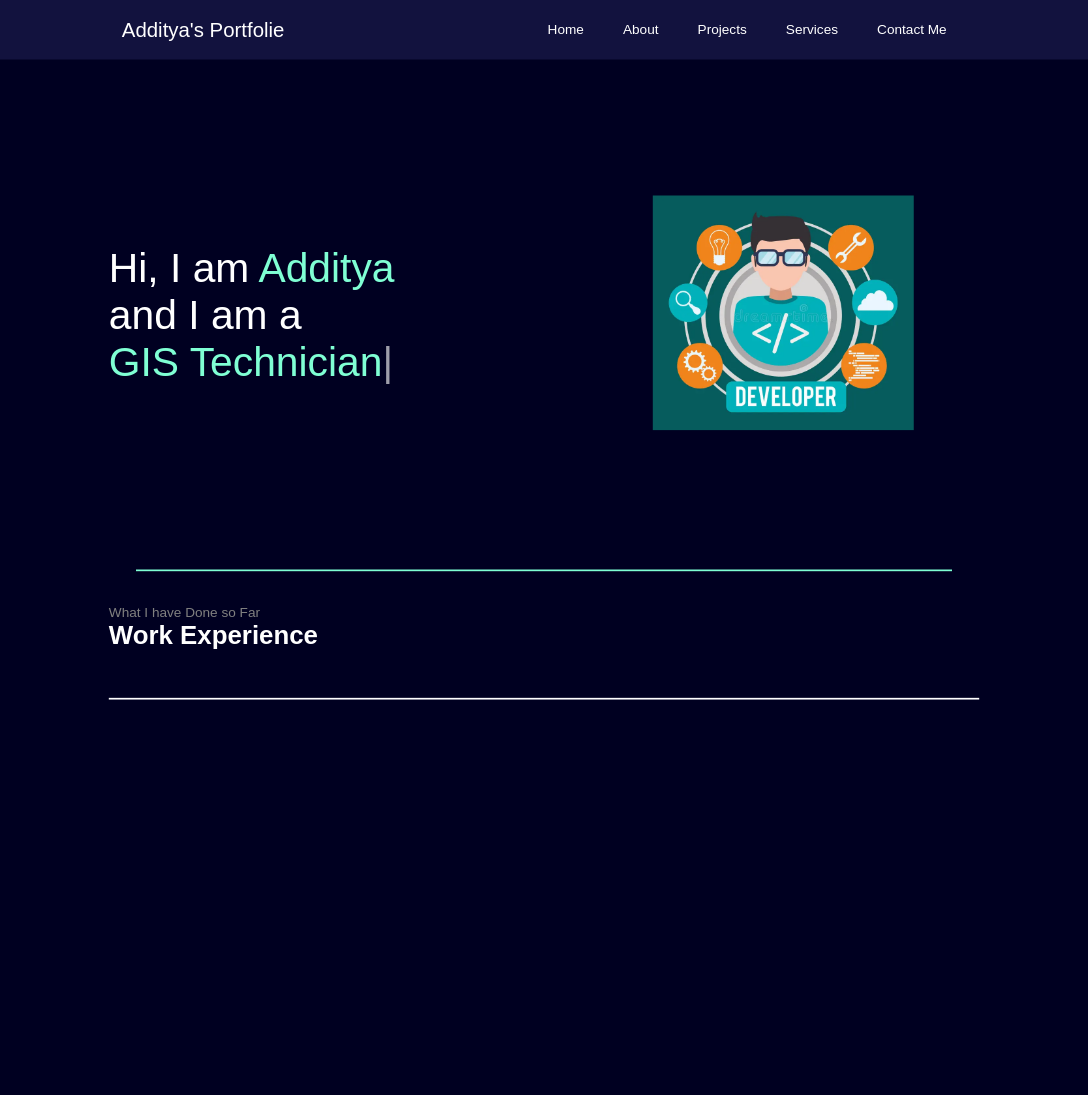
Repository: VictoriousMango/Portfolio
Page: index.html
These files come from the project's save history. The page is drawn as it stood at one moment and after the next save; the edit follows.
The browser window is 1280 px wide. The pictures show the whole page, at 85% of full size.

Above is the page before, as saved 2023-08-27 10:49:10.

### index.html
<!DOCTYPE html>
<html lang="en">

<head>
    <meta charset="UTF-8">
    <meta name="viewport" content="width=device-width, initial-scale=1.0">
    <title>Additya - Developer Portfolio</title>
    <style>
        * {
            margin: 0;
            padding: 0;
        }

        body {
            background-color: rgb(0, 0, 33);
            color: white;
            font-family: 'Poppins', sans-serif;
        }

        nav {
            display: flex;
            justify-content: space-around;
            align-items: center;
            height: 70px;
            background-color: rgb(18, 18, 62);
        }

        nav ul {
            display: flex;
            justify-content: center;
        }

        nav ul li {
            list-style: none;
            margin: 0 23px;
        }

        nav ul li a {
            text-decoration: none;
            color: white;
        }

        nav ul li a:hover {
            color: rgb(153, 153, 226);
            font-size: 1.05rem;
        }
        main hr{
            border: 0;
            background: aquamarine;
            height: 1.2px;
            margin: 40px 160px;
        }
        text-gray{
            color: gray;
        }

        .left {
            font-size: 1.5rem;
        }

        .firstSection {
            display: flex;
            justify-content: space-around;
            align-items: center;
            margin: 110px 0;

        }

        .firstSection>div {
            width: 30%;
        }
        .secondSection{
            max-width: 80vw;
            margin: auto;
            height: 80vh;
        }
        .secondSection h1{
            font-size: 1.9rem;
        }
        .secondSection .box{
            background: white;
            width: 80vw;
            height: 2px;
            margin: 56px 0;
        }

        .leftSection {
            font-size: 3rem;
        }

        /* .rightSection{
            background-color: red;
        } */
        .rightSection img {
            width: 80%;
            margin: 50px 0;
        }

        .purple {
            color: aquamarine;
        }
        .text-gray{
            color: grey;
        }
        #element{
            color: aquamarine;
        }

    </style>
</head>

<body>
    <header>
        <nav>
            <div class="left">Additya's Portfolie</div>
            <div class="right">
                <ul>
                    <li><a href="/">Home</a></li>
                    <li><a href="/">About</a></li>
                    <li><a href="/">Projects</a></li>
                    <li><a href="/">Services</a></li>
                    <li><a href="/">Contact Me</a></li>
                </ul>
            </div>
        </nav>
    </header>

    <main>
        <section class="firstSection">
            <div class="leftSection">
                Hi, I am <span class="purple">Additya</span>
                <div>and I am a</div>
                <span id="element"></span>
            </div>
            <div class="rightSection"><img src="Web Dev.webp" alt=""></div>
        </section>
        <hr>
        <section class="secondSection">
            <span class="text-gray">What I have Done so Far</span>
            <h1>Work Experience</h1>
            <div class="box"></div>

    </main>
    <script src="https://unpkg.com/typed.js@2.0.16/dist/typed.umd.js"></script>
    <script>
        var typed = new Typed('#element', {
            strings: ['Web Developer', 'GIS Technician', 'Spatial Data Scientist'],
            typeSpeed: 50,
            loop: true,
            backSpeed: 25,
            backDelay: 2000
        });
    </script>
</body>

</html>

After the next save:
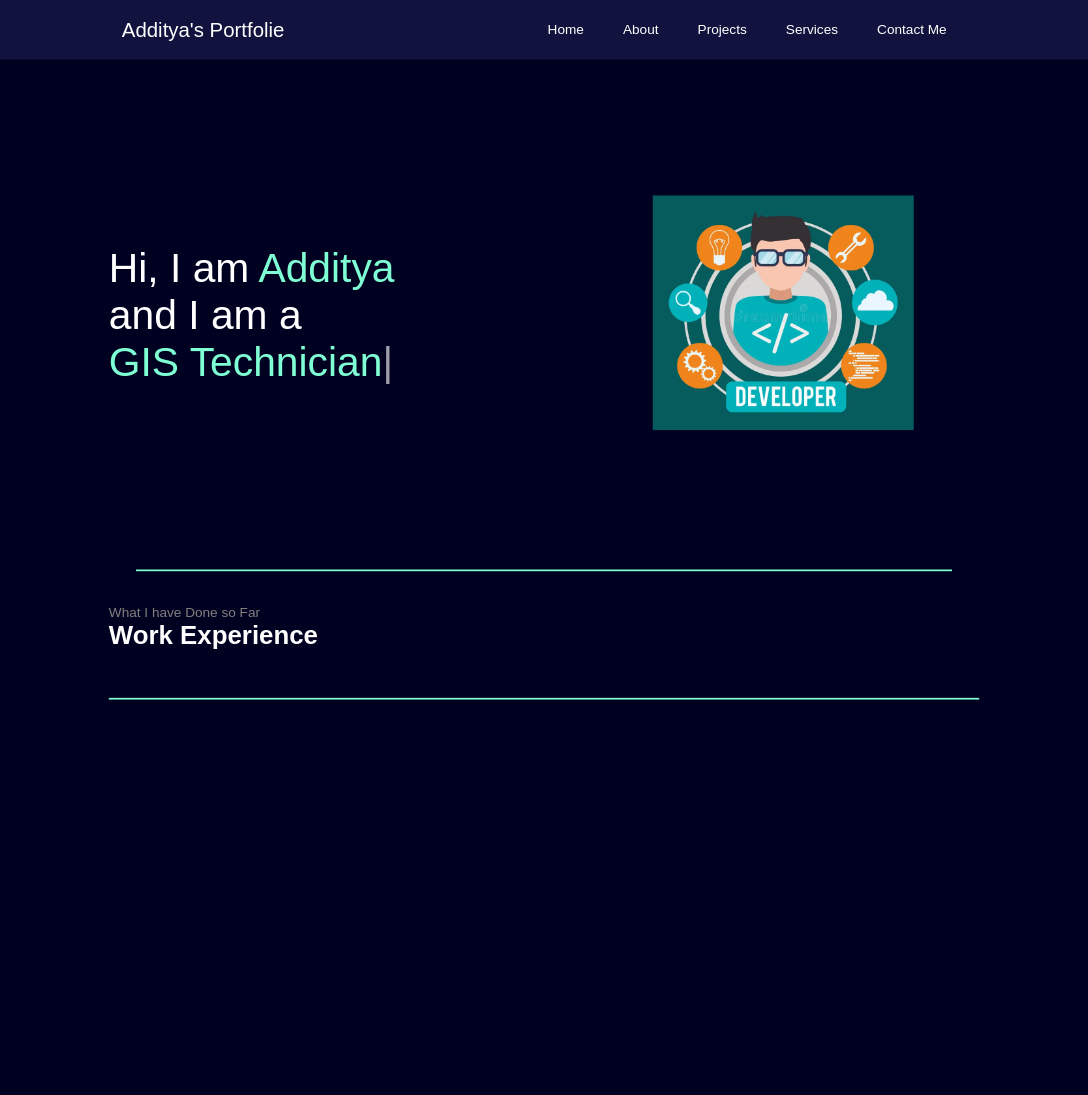
Saved 16 s later.
--- a/index.html
+++ b/index.html
@@ -78,7 +78,7 @@
             font-size: 1.9rem;
         }
         .secondSection .box{
-            background: white;
+            background: aquamarine;
             width: 80vw;
             height: 2px;
             margin: 56px 0;
